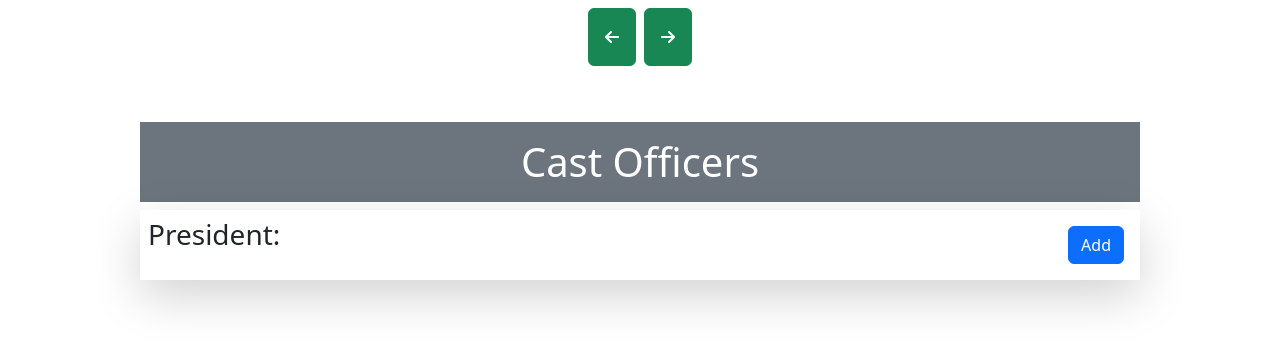
Repository: FRANZSAIJEM/livewire
Page: /second
An editor plug-in stored every save of this project. The page is shown before and after the next save, followed by the edit.
The browser window is 1280 px wide. The pictures show the whole page.
The page's requests for data from a server got no answer. Some web libraries are served in a nearby version. The project was rebuilt for these pictures with package versions that can differ from the ones it lists, and the page was loaded fresh each time. No one was signed in, and anything a server would have sent is missing. Also part of the build but not shown: vite.config.ts.

Above is the page before, as saved 2023-02-18 08:05:43.

### index.html
<!DOCTYPE html>
<html lang="en">
  <head>
    <meta charset="UTF-8">
    <link rel="icon" href="/favicon.ico">
    <meta name="viewport" content="width=device-width, initial-scale=1.0">
    <link href="https://cdn.jsdelivr.net/npm/bootstrap@5.0.2/dist/css/bootstrap.min.css" rel="stylesheet" integrity="sha384-EVSTQN3/azprG1Anm3QDgpJLIm9Nao0Yz1ztcQTwFspd3yD65VohhpuuCOmLASjC" crossorigin="anonymous">
    <link rel="stylesheet" href="https://cdnjs.cloudflare.com/ajax/libs/font-awesome/6.3.0/css/all.min.css" integrity="sha512-SzlrxWUlpfuzQ+pcUCosxcglQRNAq/DZjVsC0lE40xsADsfeQoEypE+enwcOiGjk/bSuGGKHEyjSoQ1zVisanQ==" crossorigin="anonymous" referrerpolicy="no-referrer" />
    <title>Vite App</title>
  </head>
  <body class="bg-white">
    <div id="app"></div>
    <script type="module" src="/src/main.ts"></script>
  </body>
</html>

### src/main.ts
import { createApp } from "vue";
import { createPinia } from "pinia";

import App from "./App.vue";
import router from "./router";
import "bootstrap/dist/css/bootstrap.min.css"
import bootstrap from "bootstrap/dist/js/bootstrap.bundle.js"

import "./assets/main.css";

const app = createApp(App);

app.use(createPinia());
app.use(router);

app.mount("#app");

### src/App.vue
<script setup>
import { RouterLink, RouterView } from 'vue-router'
</script>

<template>


<RouterView />
</template>

<style scoped>
#navbar {
  background-color: 	#4682B4 !important;
}
</style>

### src/router/index.js
import { createRouter, createWebHistory } from "vue-router";


const router = createRouter({
  history: createWebHistory(import.meta.env.BASE_URL),
  routes: [
    {
      path: '/',
      name: 'home',
      component: () => import('../views/HomeView.vue')
    },

    {
      path: '/second',
      name: 'secondPage',
      component: () => import('../views/SecondPageView.vue')
    },
    {
      path: "/edit/:id",
      name: "edit",
      component: () => import('../views/EditView.vue'),
      props: true
    },

  ],
});

export default router;

### src/views/SecondPageView.vue
<template>
    <div class="body">
      <div class="d-inline-flex m-1">

        <RouterLink to="/" class="btn btn-success m-1 p-3"> <i class="fa fa-arrow-left"></i> </RouterLink>
        <RouterLink to="/second" class="btn btn-success m-1 p-3"> <i class=" fa fa-arrow-right"></i> </RouterLink>

      </div>

      <div class="content mt-5">



        <h1 class="bg-secondary p-3 text-center text-white">Cast Officers</h1>

          <form action="">
            <div class="input-group mb-5 shadow-lg">
            <!-- <input v-model="newNameInput" type="text" name="" id="" class="form-control p-2" placeholder="Name" required>

              <select v-model="newYearInput" name="" id="" class="form-select" required>
                <option value="BSIT - 1">BSIT - 1</option>
                <option value="BSIT - 2">BSIT - 2</option>
                <option value="BSIT - 3">BSIT - 3</option>
                <option value="BSIT - 4">BSIT - 4</option>
              </select>


              <select v-model="newAttendanceInput" name="" id="" class="form-select" typeof="text" required>
                <option value="Present">Present</option>
                <option value="Absent">Absent</option>
                <option value="Late">Late</option>
              </select>

              <button @click="addAttendance()" class="btn btn-success"><i class="fa fa-person"></i> Add</button> -->

            <div class="float-start">
              <label for="" class="form-label p-2">
              <h3>President:</h3>
            </label>
            </div>

            <div class="ms-lg-auto m-3">
              <button class="btn btn-primary">Add</button>
            </div>

            </div>
          </form>



      <div v-for="attendance in attendances" :key="attendance.attendances" class="text-center">
        <div class="card-body">
          <div class="row">
            <table class="table table-striped table-bordered shadow-sm">
              <thead>
                <tr class="bg-secondary text-white">
                  <th>
                   Name
                  </th>
                  <th>
                   Year
                  </th>
                  <th>
                   Attendance
                  </th>
                  <th>
                   Action
                  </th>
                </tr>
              </thead>
              <tbody>
                <tr>
                  <td>
                    {{ attendance.name }}
                  </td>
                  <td>
                    {{ attendance.year }}
                  </td>
                  <td>
                    {{ attendance.attendance }}
                  </td>
                  <td>

                    <RouterLink :to="{ name: 'edit', params: { id: attendance.id }}" class="text-secondary" id="edit">
                        <button class="btn btn-success"><i class="fa fa-edit"></i> Edit</button>
                      </RouterLink>

                      <button class="btn btn-danger m-2 edit-button" data-bs-toggle="modal" data-bs-target="#exampleModal"> <i class="fa fa-remove"></i> Delete</button>

                  </td>
                </tr>
              </tbody>

            </table>

          </div>

        </div>

        <div class="modal fade" id="exampleModal" tabindex="-1" aria-labelledby="exampleModalLabel" aria-hidden="true">
                <div class="modal-dialog">
                  <div class="modal-content">
                    <div class="modal-header">
                      <h1 class="modal-title fs-5" id="exampleModalLabel">Delete Student</h1>
                      <button type="button" class="btn-close" data-bs-dismiss="modal" aria-label="Close"></button>
                    </div>
                    <div class="modal-body">
                      <h1>Are you sure you want to delete this student?</h1>
                    </div>
                    <div class="modal-footer">
                      <button type="button" class="btn btn-warning" data-bs-dismiss="modal"> <i class="fa fa-cancel"></i> Cancel</button>
                      <button @click="removeAttendance(attendance.id)" class="btn btn-danger m-2" data-bs-dismiss="modal"> <i class="fa fa-remove"></i> Yes</button>
                    </div>
                  </div>
                </div>
              </div>


              <div class="modal fade" id="editModal" tabindex="-1" aria-labelledby="editModalLabel" aria-hidden="true">
                <div class="modal-dialog">
                  <div class="modal-content">
                    <div class="modal-header">
                      <h1 class="modal-title fs-5" id="editModalLabel">Delete Student</h1>
                      <button type="button" class="btn-close" data-bs-dismiss="modal" aria-label="Close"></button>
                    </div>
                    <div class="modal-body">
                      <form>
                          <div class="mb-3">
                          <label for="name" class="col-form-label">Name: </label>
                          <input v-model="newNameInput" type="text" name="" id="" class="form-control p-2" placeholder="Name">
                          </div>


                          <div class="mb-3">
                          <label for="year" class="col-form-label">Year: </label>
                          <select v-model="newYearInput" name="" id="year" class="form-select">
                          <option value="BSIT - 1">BSIT - 1</option>
                          <option value="BSIT - 2">BSIT - 2</option>
                          <option value="BSIT - 3">BSIT - 3</option>
                          <option value="BSIT - 4">BSIT - 4</option>
                          </select>
                          </div>

                          <div class="mb-3">
                          <label for="attendance" class="col-form-label">Attendance: </label>
                          <select v-model="newAttendanceInput" name="" id="attendance" class="form-select" typeof="text">
                          <option value="Present">Present</option>
                          <option value="Absent">Absent</option>
                          <option value="Late">Late</option>
                          </select>
                      </div>

                      </form>
                    </div>
                    <div class="modal-footer">
                      <button type="button" class="btn btn-warning" data-bs-dismiss="modal"> <i class="fa fa-cancel"></i> Cancel</button>
                      <button @click="updateTask()" class="btn btn-danger m-2" data-bs-dismiss="modal"> <i class="fa fa-remove"></i> Yes</button>
                    </div>
                  </div>
                </div>
              </div>
      </div>




      </div>

    </div>

  </template>
  <script setup>
  import {ref, onMounted} from 'vue'
  import {db} from '../firebase/index.js'
  import {addDoc, collection, onSnapshot,deleteDoc, doc, updateDoc} from "firebase/firestore";
  import { RouterLink, RouterView } from 'vue-router'
  import { useRouter } from 'vue-router'



  onMounted(async()=>{
    const q = (collection(db, "attendance2"));

    onSnapshot(q,(querySnapshot)=> {


      const attendancesTmp = []


    querySnapshot.forEach((doc) => {

      const attendance = {
        id: doc.id,
        name: doc.data().name,
        year: doc.data().year,
        attendance: doc.data().attendance,
        completed: doc.data().completed
      }

      attendancesTmp.push(attendance)
    });
    attendances.value = attendancesTmp
    })
  })





  const newNameInput = ref('')
  const newYearInput = ref('BSIT - 1')
  const newAttendanceInput = ref('Present')

  const attendances = ref([])
  const id = ref(1)








  const addAttendance = async () => {
    if (newNameInput.value != '' && newYearInput.value != '' && newAttendanceInput.value != ''){

      await addDoc(collection(db,"attendance2"),{
        name:newNameInput.value,
        year: newYearInput.value,
        attendance: newAttendanceInput.value,
        completed: false
      })
      newNameInput.value = ''
      newYearInput.value = 'BSIT - 1'
      newAttendanceInput.value = 'Present'
    }
  }



  const removeAttendance = (id) => {
    deleteDoc(doc(db,"attendance2",id));
  }




  </script>

  <style>
  .content{
    width: 1000px;
  }
  .body{
    display: grid;
    place-items: center;
  }
  .line-through{
    text-decoration: line-through;
  }
  </style>

### src/Firebase/index.js
// Import the functions you need from the SDKs you need
import { initializeApp } from "firebase/app";
import { getFirestore } from "firebase/firestore";
// TODO: Add SDKs for Firebase products that you want to use
// https://firebase.google.com/docs/web/setup#available-libraries

// Your web app's Firebase configuration
// For Firebase JS SDK v7.20.0 and later, measurementId is optional
const firebaseConfig = {
  apiKey: "AIzaSyAMX2o86vjz4t0_o5yzBAC3be4yvcYFosY",
  authDomain: "mejiasfirebase.firebaseapp.com",
  projectId: "mejiasfirebase",
  storageBucket: "mejiasfirebase.appspot.com",
  messagingSenderId: "186163636848",
  appId: "1:186163636848:web:b2eff6247b796bf2f162b5",
  measurementId: "G-HE38LXTCYT"
};

// Initialize Firebase
const app = initializeApp(firebaseConfig);
const db = getFirestore(app);

export {db}

Loaded but not shown: src/assets/main.css (no stored copy; drawn as an empty file)

After the next save:
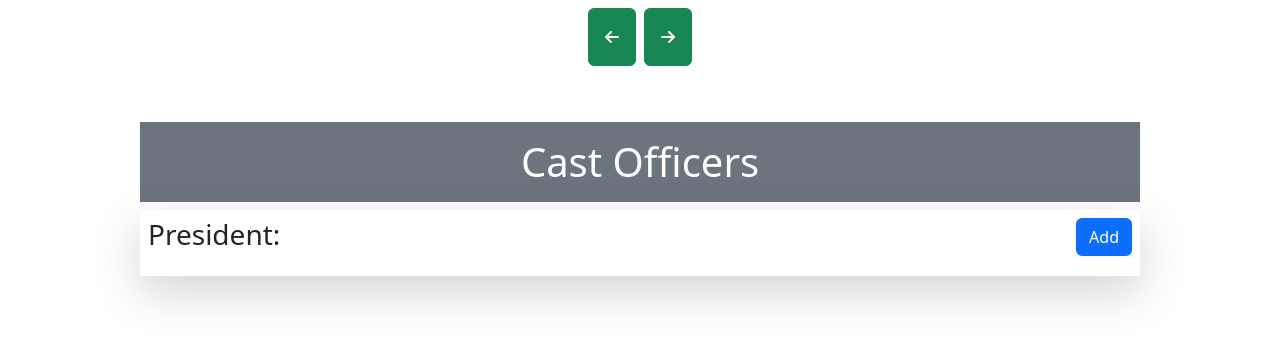
Saved 4 s later.
--- a/src/views/SecondPageView.vue
+++ b/src/views/SecondPageView.vue
@@ -39,7 +39,7 @@
             </label>
             </div>
 
-            <div class="ms-lg-auto m-3">
+            <div class="ms-lg-auto m-2">
               <button class="btn btn-primary">Add</button>
             </div>
 
